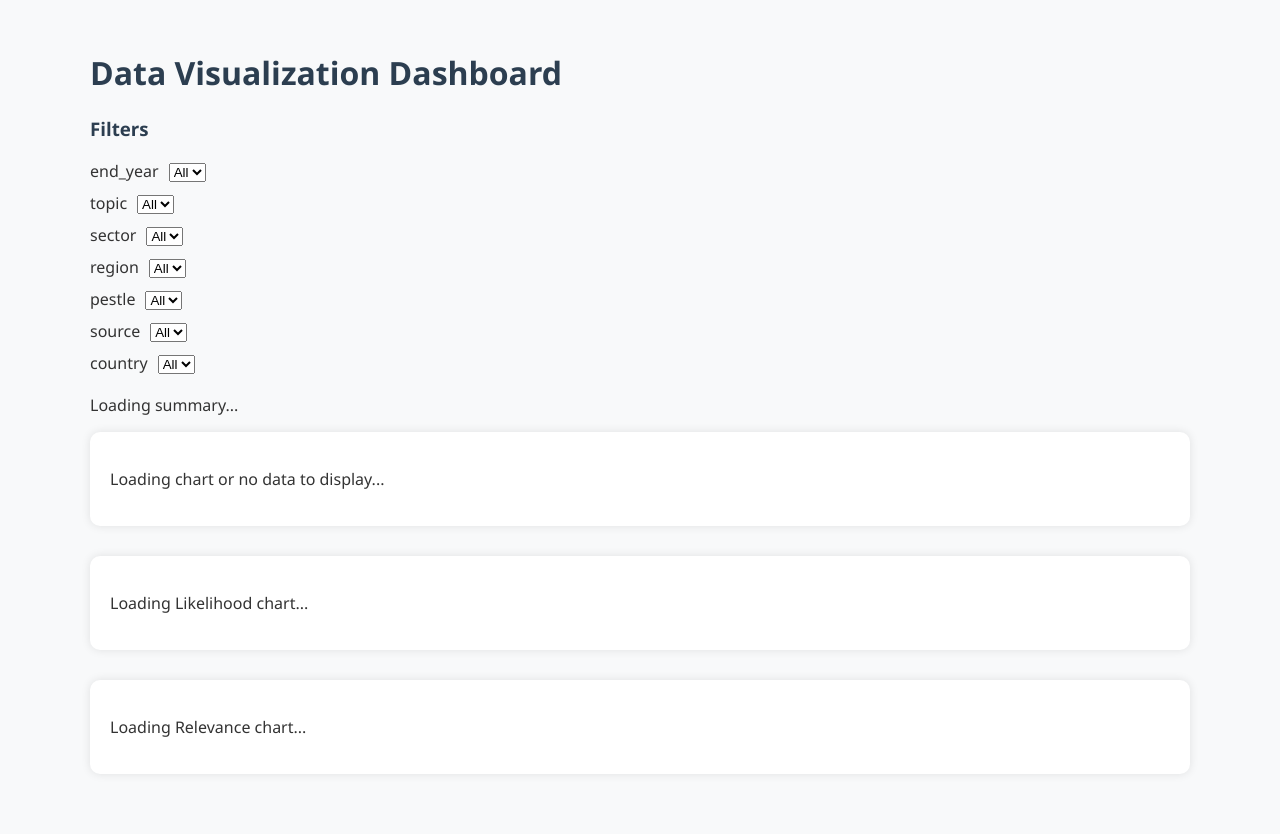
Repository: dikshant-s/DataVisualizationDashboard
Page: / (app in frontend/)
These files come from the project's save history. The page is drawn as it stood at one moment and after the next save; the edit follows.
The browser window is 1280 px wide. The pictures show the whole page.
The page's requests for data from a server got no answer. The project was rebuilt for these pictures with package versions that can differ from the ones it lists, and the page was loaded fresh each time. No one was signed in, and anything a server would have sent is missing.

Above is the page before, as saved 2025-06-29 10:18:00.

After the next save:
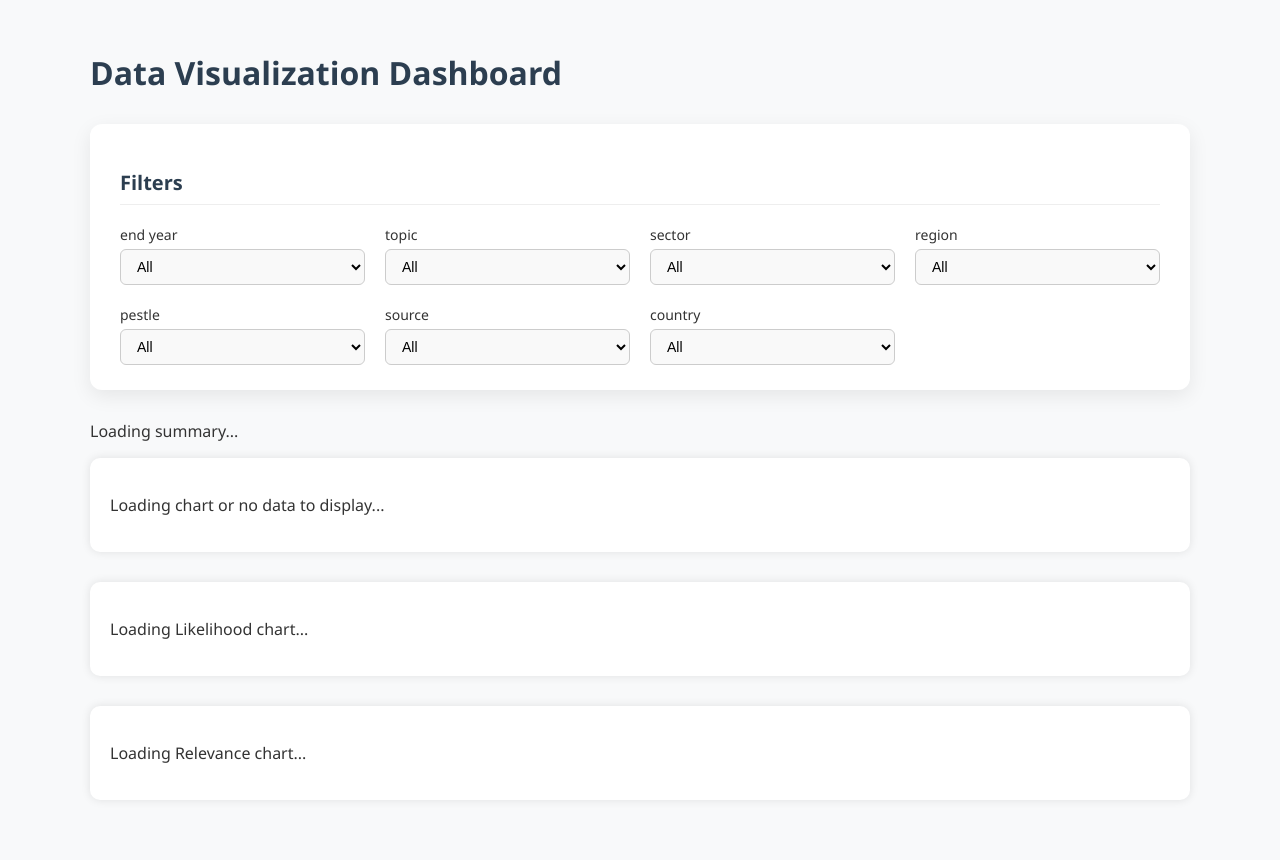
Saved 39 s later.
--- a/frontend/src/components/FilterPanel.js
+++ b/frontend/src/components/FilterPanel.js
@@ -22,19 +22,21 @@ const FilterPanel = ({ setFilters }) => {
   };
 
   return (
-    <div style={{ marginBottom: "20px" }}>
+    <div className="filter-card">
       <h3>Filters</h3>
-      {fields.map(field => (
-        <div key={field} style={{ marginBottom: "10px" }}>
-          <label style={{ marginRight: "10px" }}>{field}</label>
-          <select name={field} onChange={handleChange}>
-            <option value="">All</option>
-            {(filterOptions[field] || []).map(val => (
-              <option key={val} value={val}>{val}</option>
-            ))}
-          </select>
-        </div>
-      ))}
+      <div className="filter-grid">
+        {fields.map((field) => (
+          <div className="filter-group" key={field}>
+            <label>{field.replaceAll("_", " ")}</label>
+            <select name={field} onChange={handleChange}>
+              <option value="All">All</option>
+              {(filterOptions[field] || []).map((val) => (
+                <option key={val} value={val}>{val}</option>
+              ))}
+            </select>
+          </div>
+        ))}
+      </div>
     </div>
   );
 };
